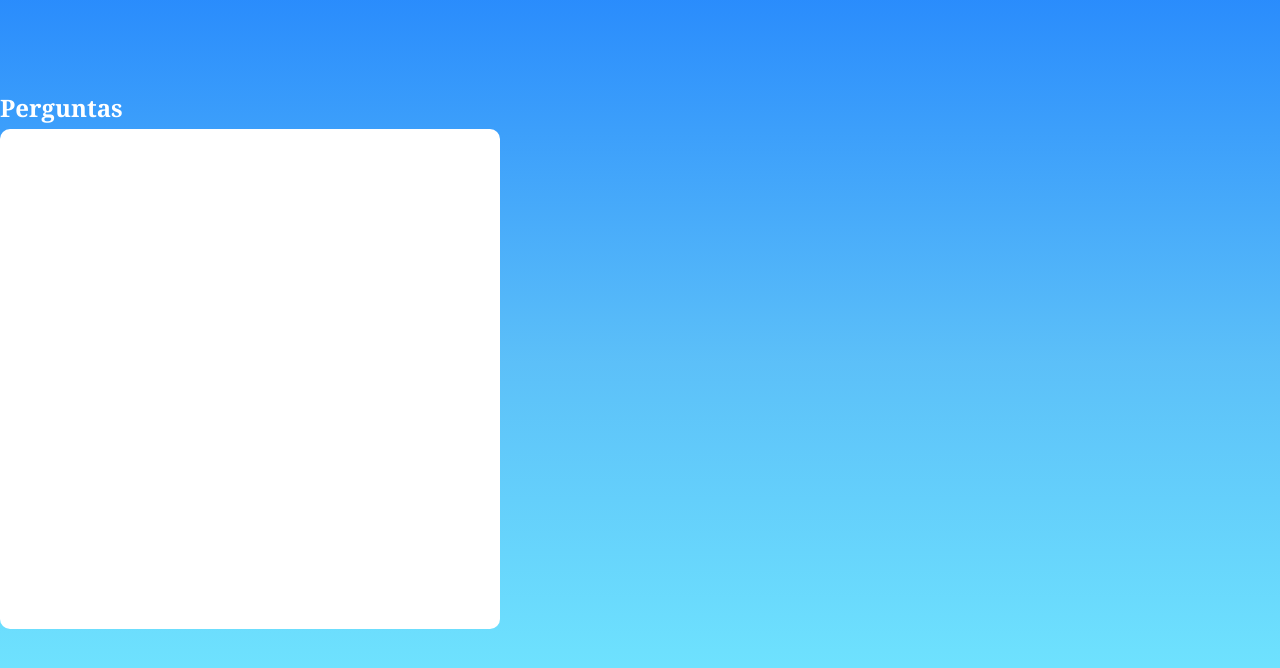
Repository: LaisSilvaO/Projeto-Quizz
Page: telas/index.html
These files come from the project's save history. The page is drawn as it stood at one moment and after the next save; the edit follows.
The browser window is 1280 px wide. The pictures show the whole page.

Above is the page before, as saved 2024-12-24 14:27:40.
Not found: telas/script.js

### telas/index.html
<!DOCTYPE html>
<html lang="pt-br">

<head>
    <meta charset="UTF-8">
    <meta name="viewport" content="width=device-width, initial-scale=1.0">
    <title>Perguntas</title>
    <link rel="stylesheet" href="../img/tela.css">
</head>

<body>
    <h2> Perguntas</h2>
    <main>
        <div class="content">
            <span class="qtddquestao"></span>
            <span class="questao"></span>
            <div class="resposta"></div>
        </div>
        <div class="final">
            <span></span>
            <button>Reiniciar Jogo</button>
        </div>
    </main>



    <script src="script.js" type="module"></script>
</body>

</html>

### img/tela.css
* {
  margin: 0;
  padding: 0;
  box-sizing: border-box;
  font-family: Cambria, Cochin, Georgia, Times, 'Times New Roman', serif;
}

body {
  height: 100vh;
  display: flex;
  justify-content: center;
  flex-direction: column;
  gap: 5px;
  background: linear-gradient(180deg, rgba(19, 128, 252, 0.9) 0%, rgba(80, 187, 248, 0.932), rgba(103, 230, 255, 0.932) 100%);
}

body h2 {
  color: white;
}

main {
  background-color: white;
  padding: 10px;
  border-radius: 10px;
  width: 100%;
  max-width: 500px;
  min-height: 500px;
  display:flex;
  align-items: center;
  justify-content: center;
}

.content {
  display: flex;
  flex-direction: column;
  width: 100px;
  gap: 10px;
}

.qtddquestao {
  text-align: end;
}

.resposta {
  display: flex;
  flex-direction: column;
  gap: 5px;
}

button {
  width: 100px;
  text-align: start;
  padding: 5px;
  border: none;
  border-radius: 5px;
  cursor: pointer;
  background-color: grey;
  color: white;
}

.final {
  display: none;
  flex-direction: column;
  gap: 10px;
}

After the next save:
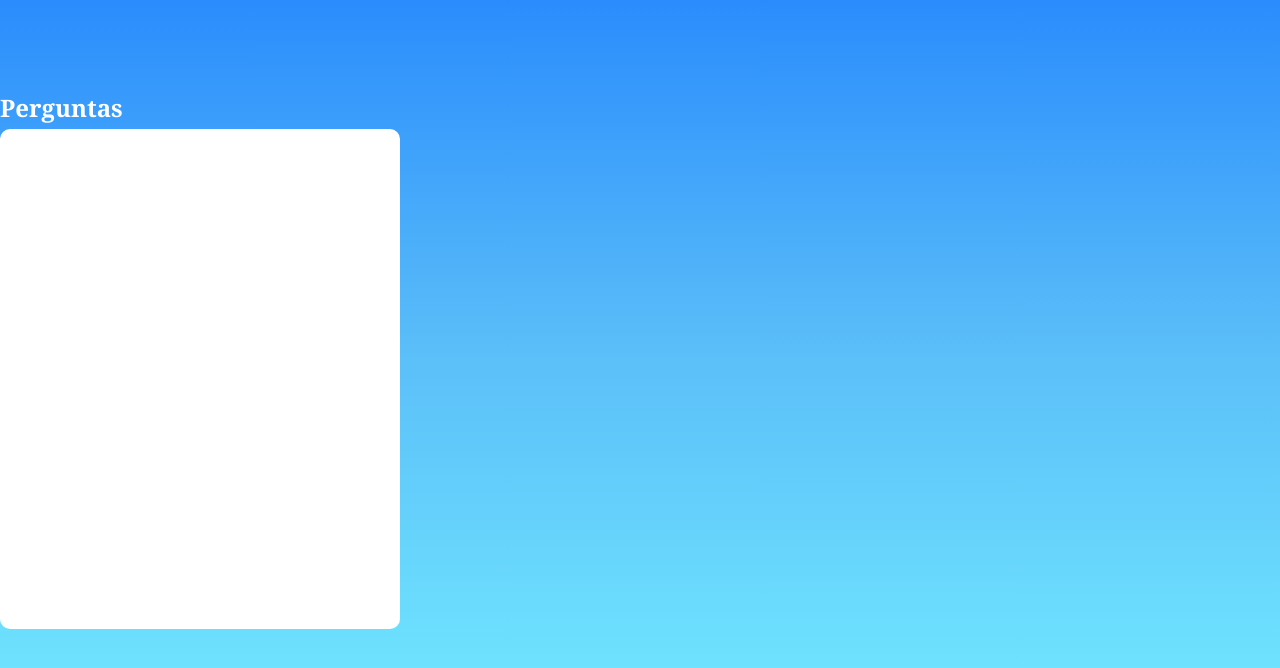
Saved 16 s later.
--- a/img/tela.css
+++ b/img/tela.css
@@ -23,7 +23,7 @@ main {
   padding: 10px;
   border-radius: 10px;
   width: 100%;
-  max-width: 500px;
+  max-width: 400px;
   min-height: 500px;
   display:flex;
   align-items: center;
